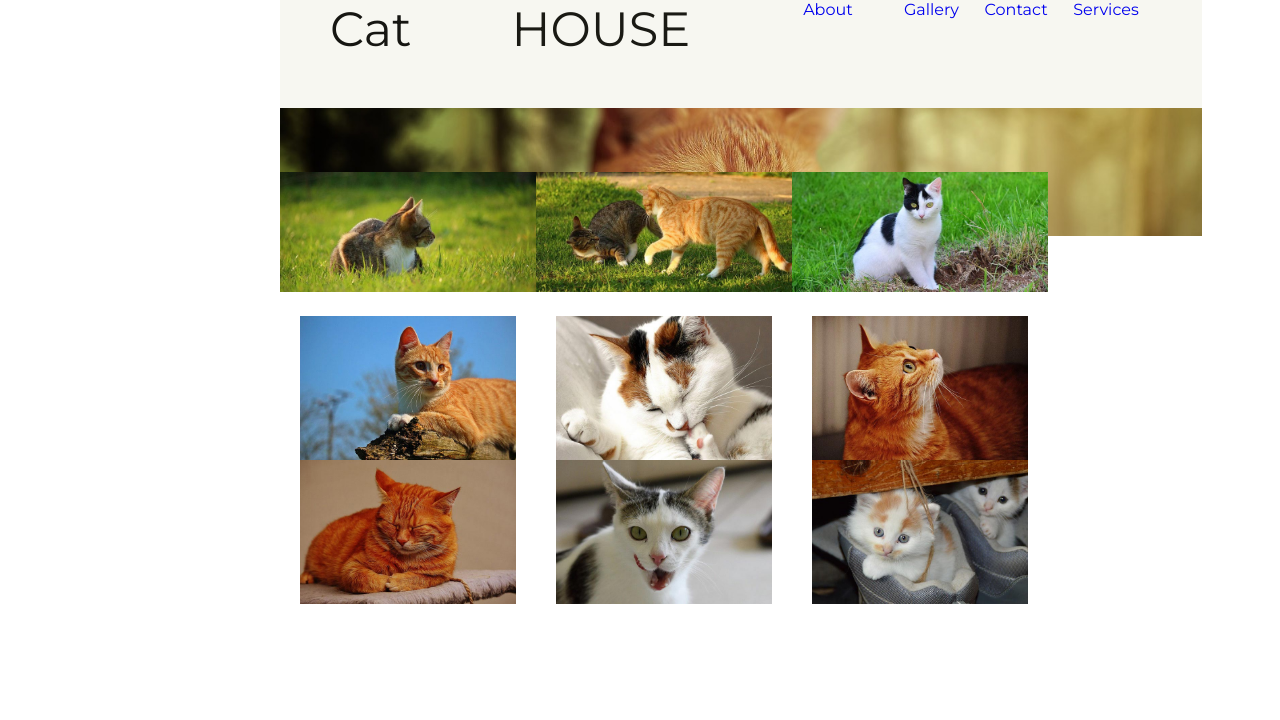
Repository: raul4264/final
Page: Gallery.html
An editor plug-in stored every save of this project. The page is shown before and after the next save, followed by the edit.
The browser window is 1280 px wide. The pictures show the whole page.

Above is the page before, as saved 2021-03-22 13:40:41.

After the next save:
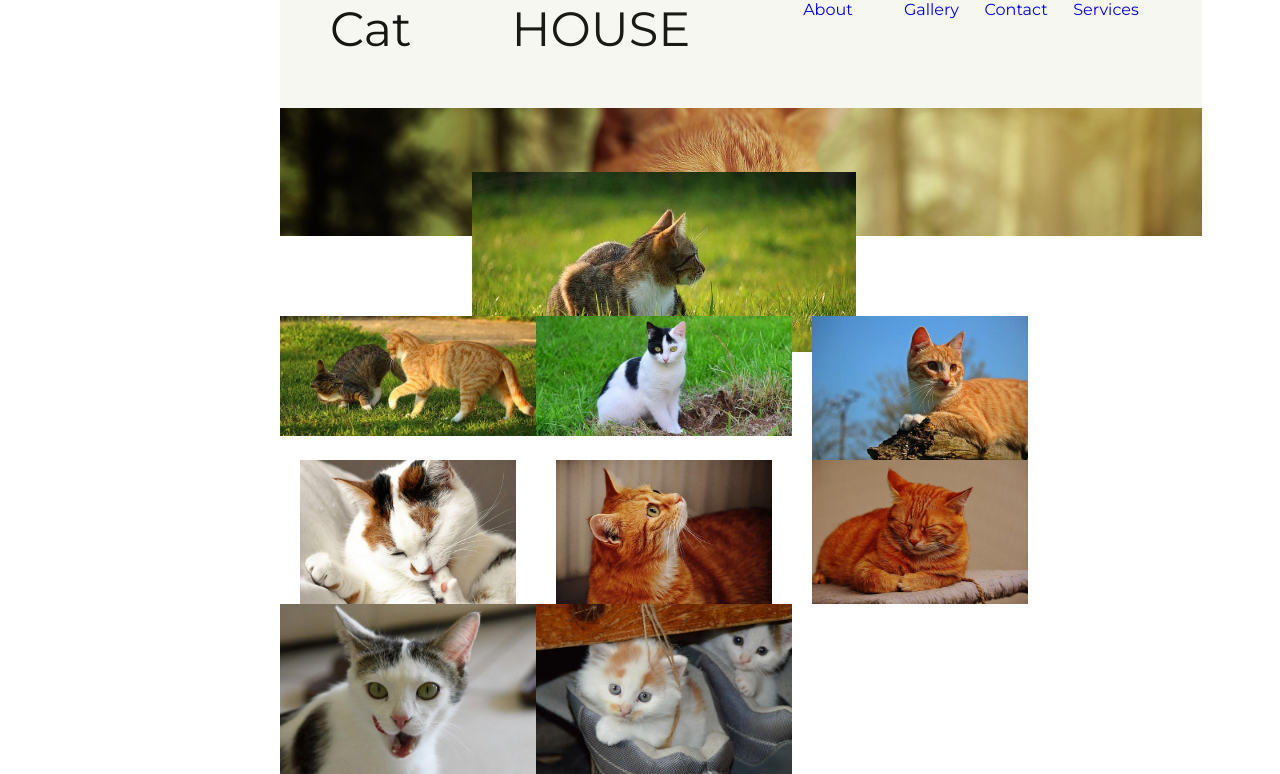
Saved 103 s later.
--- a/css/gallery.css
+++ b/css/gallery.css
@@ -105,6 +105,13 @@ main {
     grid-row-start: 2;
     grid-row-end: 3;
 }
+.uno{
+    grid-column-start: 1;
+    grid-column-end: 4;
+    grid-row-start: 1;
+    grid-row-end: 2;
+    max-height: 25vh;
+}
 footer {
     grid-column-start: 1;
     grid-column-end: 4;
